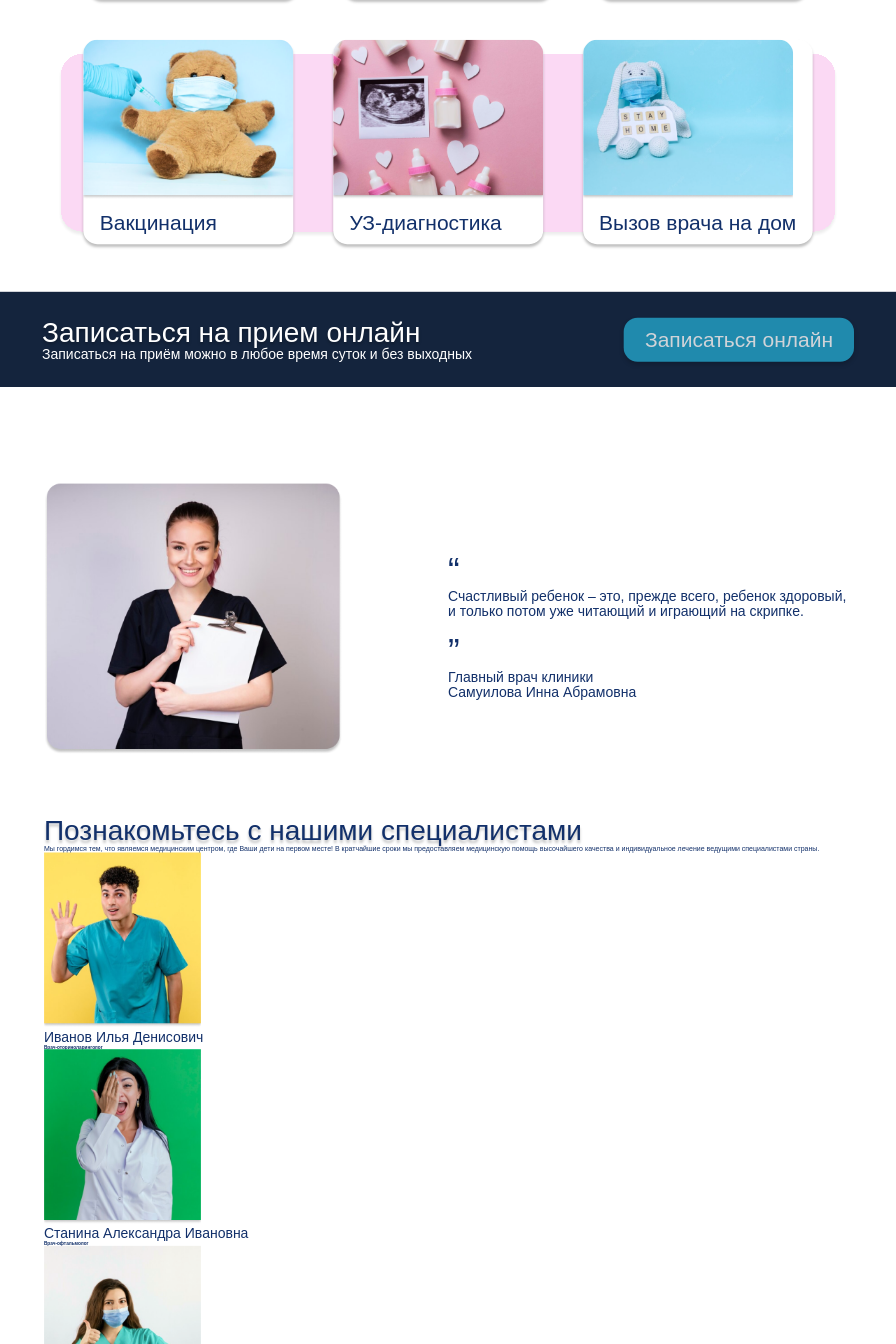
Repository: Normandy72/Landing-Page-Happy-Child
Page: index.html
These files come from the project's save history. The page is drawn as it stood at one moment and after the next save; the edit follows.
The browser window is 1280 px wide. The pictures show the part of the page from y = 2247 to 4167 px (the page is 8064 px tall), at 70% of full size.
Some web fonts or font styles are not loaded; a fallback is used.

Above is the page before, as saved 2022-11-12 14:25:50.

After the next save:
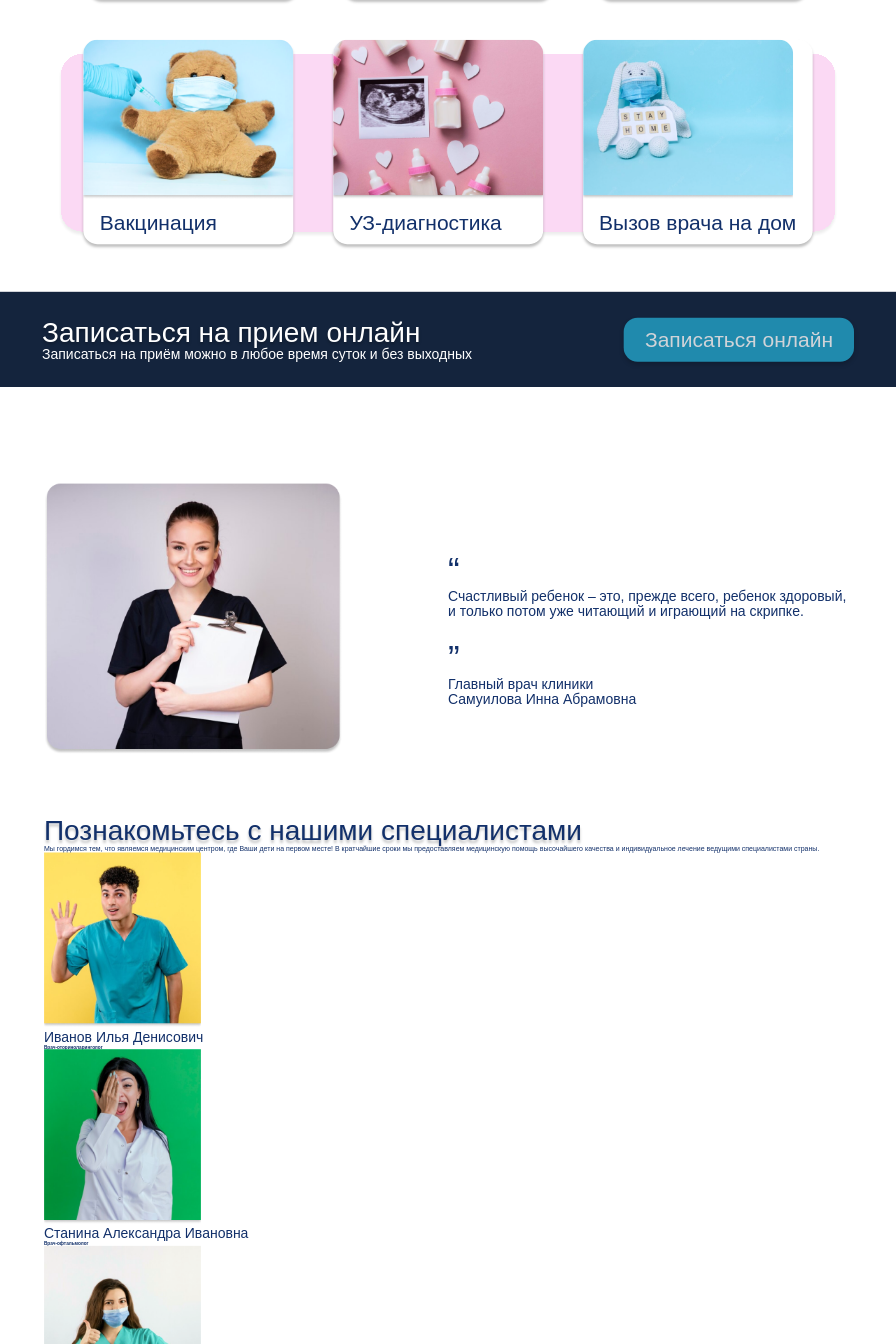
Saved 12 s later.
--- a/styles/section_chief.css
+++ b/styles/section_chief.css
@@ -16,7 +16,7 @@
 }
 
 .text__lines{
-    padding-top: 20px;;
+    padding-top: 30px;;
 }
 
 .text__lines p{
